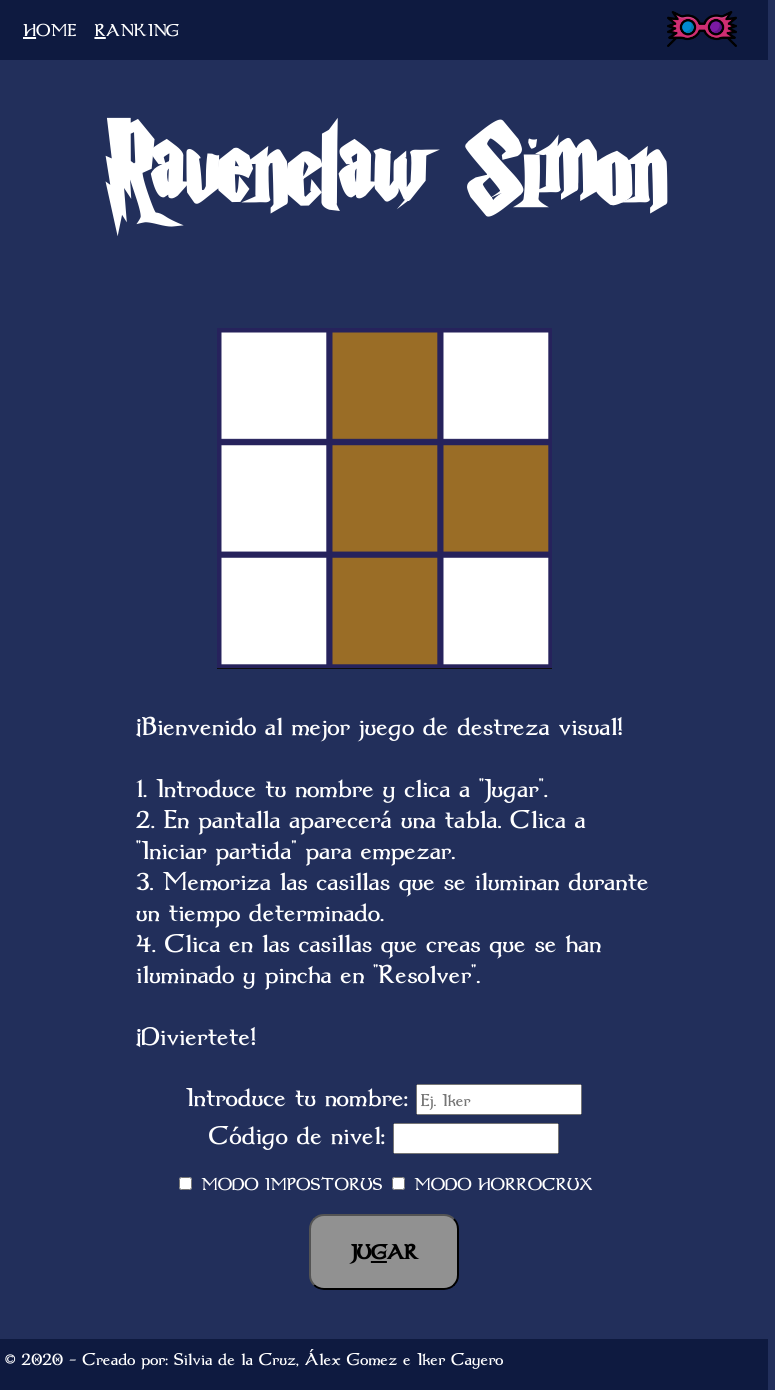
Repository: alexgomezdev/RavenclawSimon
Page: http://localhost/
An editor plug-in stored every save of this project. The page is shown before and after the next save, followed by the edit.
The browser window is 768 px wide. The page is 775 px wide, so the pictures cover 775 px, including what lies to the right of the window. The pictures show the whole page.
Some web libraries are served in a nearby version. The page is run by PHP 8.4 with error messages shown; the project is at /var/www/html/.

Above is the page before, as saved 2020-11-10 20:16:27.

After the next save:
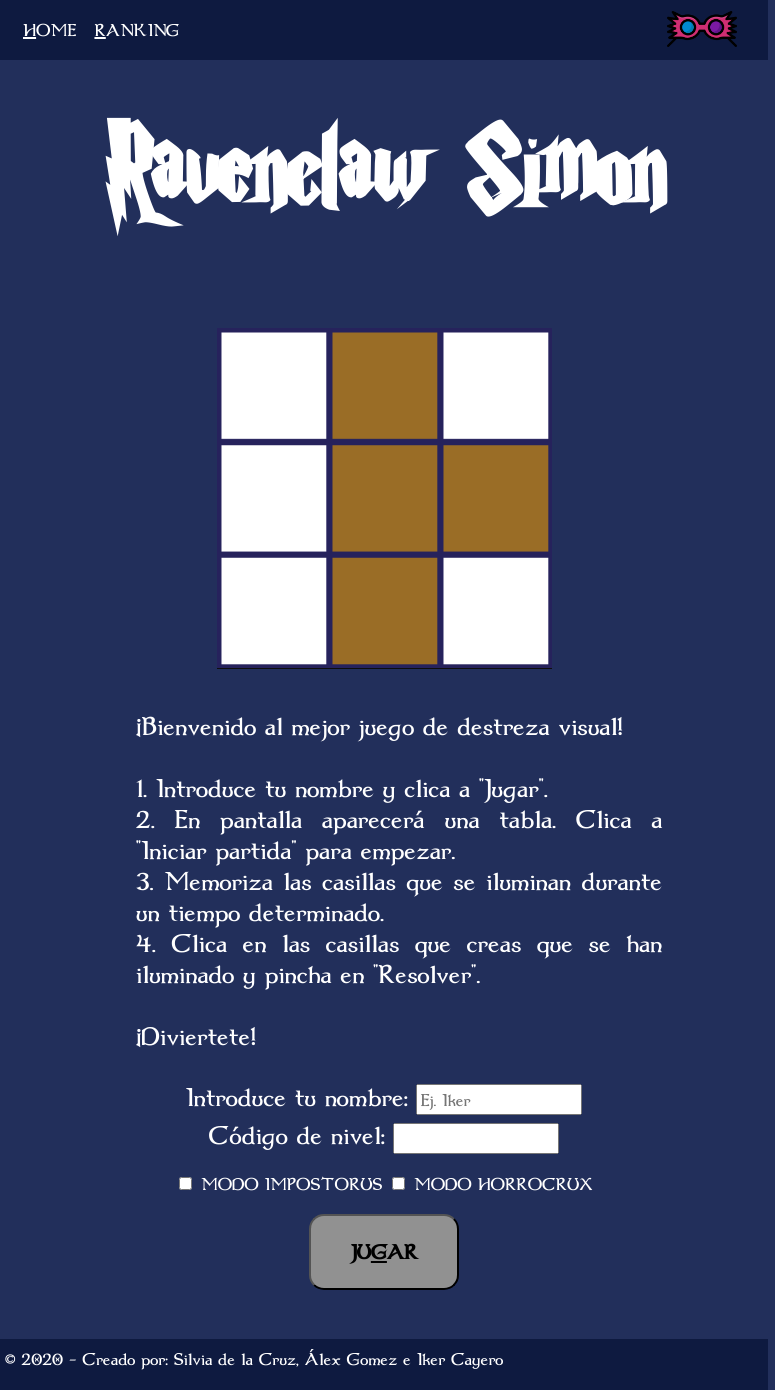
Saved 25 s later.
--- a/templates/index.css
+++ b/templates/index.css
@@ -135,12 +135,12 @@
   }
   #manual_paragraph {
     margin: 0 auto;
+    text-align: justify;
   }
 }
 
 @media (max-width: 617) {
   #manual_paragraph {
     margin: 0 auto;
-    text-align: justify;
   }
 }

After the save that followed:
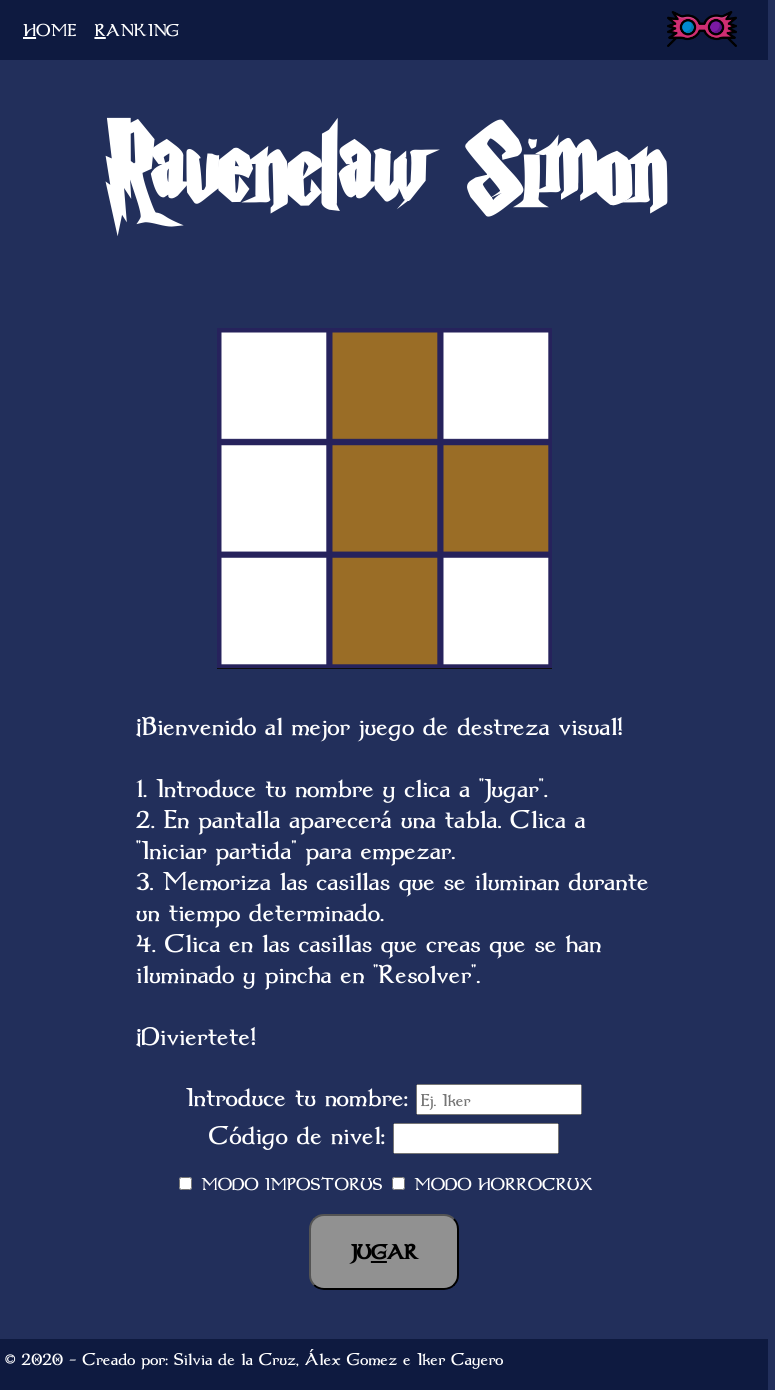
Saved 8 s later.
--- a/templates/index.css
+++ b/templates/index.css
@@ -135,12 +135,12 @@
   }
   #manual_paragraph {
     margin: 0 auto;
-    text-align: justify;
   }
 }
 
 @media (max-width: 617) {
-  #manual_paragraph {
+  #manual {
     margin: 0 auto;
+    text-align: justify;
   }
 }
